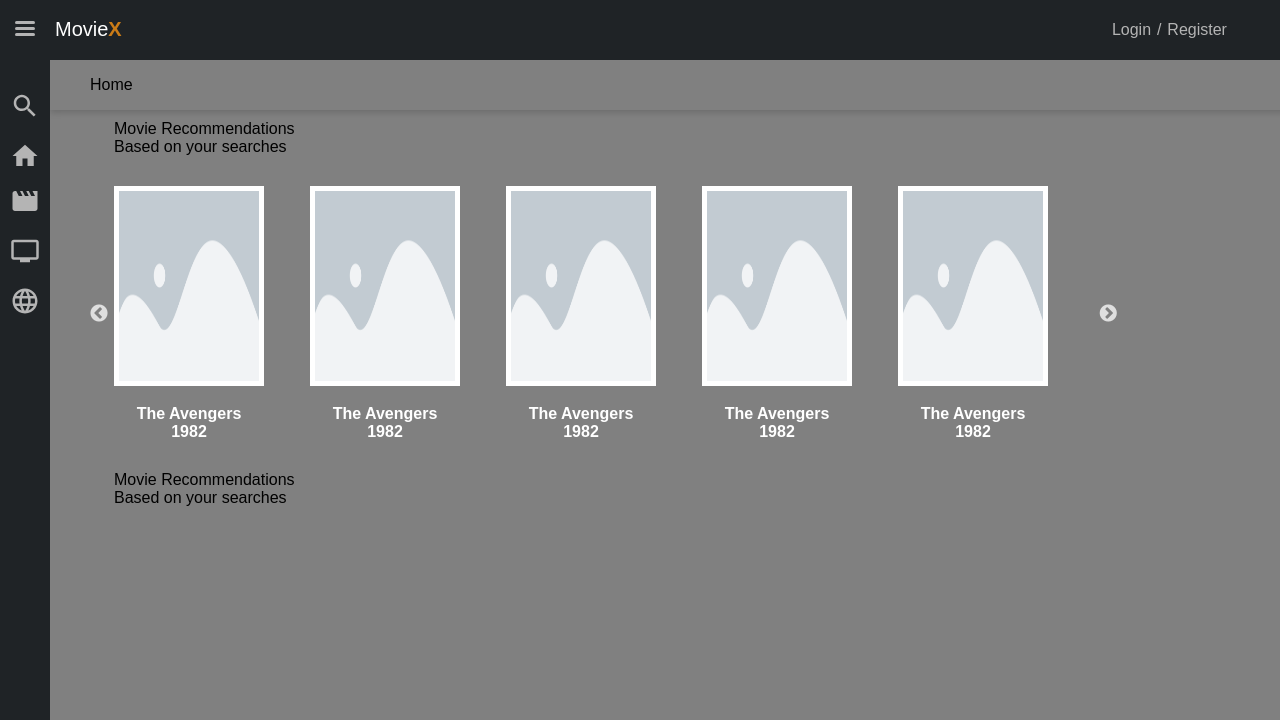
Repository: Amad-Mlinka/MovieTVBrowserNext
Page: /
The author's editor kept a copy of each file at every save. The page is drawn from the files as they stood at one save, then again after the next save.
The browser window is 1280 px wide. The pictures show the whole page.
The project was rebuilt for these pictures with package versions that can differ from the ones it lists, and the page was loaded fresh each time. The framework's server and built-in components were replaced by stand-ins that run in the browser. Also part of the build but not shown: next.config.js.

Above is the page before, as saved 2021-08-07 20:11:00.

### pages/_app.js
import Layout from '../components/layout/Layout'
import '../styles/globals.scss'


function MyApp({ Component, pageProps }) {
  return (
    <Layout>
      <Component {...pageProps} />
    </Layout>


  )
}

export default MyApp

### components/layout/Layout.tsx
import React, { useState } from 'react'
import Nav from '../nav/Nav'
import layoutStyles from "../../styles/Layout.module.scss"

const Layout = ({children}) => {
    const [sidebarOpen, setsidebarOpen] = useState(false)
    const [sidebarLock, setSidebarLock] = useState(false);
    const sidebarToggle = () => {
        setsidebarOpen(!sidebarOpen);
    }
    const sidebarLockToggle = () => {
        setSidebarLock(!sidebarLock);
    }
    return (
        <>
        <Nav sidebarOpen={sidebarOpen} setSidebarOpen={sidebarToggle} sidebarLock={sidebarLock} setSidebarLock={sidebarLockToggle}/>
        <main className={`${layoutStyles.main} ${sidebarOpen ? layoutStyles.hamburgerOpen : layoutStyles.hamburgerClose}`}>
            {children}
        </main>
        </>

    )
}

export default Layout

### styles/globals.scss
html, body {
  height: 100%;
}
body {
  background: #fff;
  padding: 0;
  margin: 0;
  font-family: 'Varela Round', sans-serif;
}

a {
  color: inherit;
  text-decoration: none;
}

* {
  box-sizing: border-box;
}

### styles/Home.module.scss
@import "general.scss";

.header {
  position: relative;
  display: flex;
  flex-direction: row;
  justify-content: flex-start;
}
.heading {
  position: fixed;
  width: 100%;
  align-items: center;
  box-shadow: 0 3px 6px 0 rgb(0 0 0 / 15%);
  color: black;
  display: flex;
  flex-shrink: 0;
  font-size: 16px;
  height: 50px;
  justify-content: space-between;
  padding-left: 40px;
  padding-right: 25px;
  z-index: 1;
}
.buffer {
  height: 50px;
  width: 100%;
  margin-bottom: 10px;
}
.content {
  width: 90%;
  margin: auto;

}
.mediaList {
  margin: 30px 0px;
  width: 85%;
}
.media{
  margin:auto;
  background: #8C8;
  counter-increment: gallery-cell;
  &:before {
    display: block;
    text-align: center;
    content: counter(gallery-cell);
    line-height: 200px;
    font-size: 80px;
    color: white;
  }
}

### components/mediaList/MediaList.tsx
import Head from 'next/head'

import homeStyles from '../../styles/Home.module.scss'
import Media from "./Media"

import "slick-carousel/slick/slick.css";
import "slick-carousel/slick/slick-theme.css";

import Slider from "react-slick";



const MediaList = () => {
    var settings = {
        dots: false,
        infinite: true,
        speed: 500,
        slidesToShow: 5,
        slidesToScroll: 1,
        responsive: [
            {
              breakpoint: 1024,
              settings: {
                slidesToShow: 3,
                slidesToScroll: 3,
                infinite: true,
                dots: true
              }
            },
            {
              breakpoint: 600,
              settings: {
                slidesToShow: 2,
                slidesToScroll: 2
              }
            },
            {
              breakpoint: 480,
              settings: {
                slidesToShow: 1,
                slidesToScroll: 1
              }
            }
            // You can unslick at a given breakpoint now by adding:
            // settings: "unslick"
            // instead of a settings object
          ]
      };
    return (
        <div className={homeStyles.mediaList}>
            <Slider {...settings}>
              <Media className={homeStyles.mediaItem} rating={3} title={"The Avengers"} year={"1982"} />
              <Media className={homeStyles.mediaItem} rating={3} title={"The Avengers"} year={"1982"} />
              <Media className={homeStyles.mediaItem} rating={3} title={"The Avengers"} year={"1982"} />
              <Media className={homeStyles.mediaItem} rating={3} title={"The Avengers"} year={"1982"} />
              <Media className={homeStyles.mediaItem} rating={3} title={"The Avengers"} year={"1982"} />
              <Media className={homeStyles.mediaItem} rating={3} title={"The Avengers"} year={"1982"} />
              <Media className={homeStyles.mediaItem} rating={3} title={"The Avengers"} year={"1982"} />
              <Media className={homeStyles.mediaItem} rating={3} title={"The Avengers"} year={"1982"} />
              <Media className={homeStyles.mediaItem} rating={3} title={"The Avengers"} year={"1982"} />
              <Media className={homeStyles.mediaItem} rating={3} title={"The Avengers"} year={"1982"} />
              <Media className={homeStyles.mediaItem} rating={3} title={"The Avengers"} year={"1982"} />
              <Media className={homeStyles.mediaItem} rating={3} title={"The Avengers"} year={"1982"} />
              <Media className={homeStyles.mediaItem} rating={3} title={"The Avengers"} year={"1982"} />
              <Media className={homeStyles.mediaItem} rating={3} title={"The Avengers"} year={"1982"} />
            </Slider>

          </div>
    )
}

export default MediaList

### components/nav/Nav.tsx
import React from 'react'
import Sidebar from '../sidebar/Sidebar'
import Navbar from '../navbar/Navbar';


const Nav = (props) => {

    return (
        <>
            <Navbar  sidebarOpen={props.sidebarOpen} setSidebarOpen={props.setSidebarOpen} sidebarLock={props.sidebarLock} setSidebarLock={props.setSidebarLock}/>
            <Sidebar sidebarOpen={props.sidebarOpen} setSidebarOpen={props.setSidebarOpen} sidebarLock={props.sidebarLock}/>
        </>
    )
}

export default Nav

### styles/Layout.module.scss
@import "general.scss";

.main{
    position: fixed;;
    top: 60px;
    transition: all .5s ease;
    width: 100%;
    height: 100%;
    background: gray;
    overflow: auto;

}

.hamburgerClose{
    left: 50px;
    transition: all .5s ease;
}

.hamburgerOpen{
    left: 250px;
}

### styles/general.scss
@import "variables.scss";
.dNone{
    display: none !important;
}
.dBlock{
    display: block !important;
}

### styles/variables.scss
$base-color:#1f2326;
$secondary-color:#cb7c17;
$tertiary-color:#b4b4b4;

@mixin breakpoint($point) {
    @if $point == min-desktop {
      @media (min-width: 993px) { @content ; }
   }
    @else if $point == min-laptop {
      @media (min-width: 769px) { @content ; }
   }
     @else if $point == min-tablet {
      @media (min-width: 361px) { @content ; }
   }
   @else if $point == min-mobile {
      @media (min-width: 0px)  { @content ; }

   }@else if $point == max-desktop {
      @media (max-width: 1200px) { @content ; }

   }@else if $point == max-laptop {
      @media (max-width: 992px) { @content ; }
   }
     @else if $point == max-tablet {
      @media (max-width: 768px) { @content ; }
   }
   @else if $point == max-mobile {
      @media (max-width: 360px)  { @content ; }

   }
 }

### components/mediaList/Media.tsx
import React from 'react'

import mediaStyles from "../../styles/Media.module.scss"
import placeholder from "../../public/placeholder.png"
import { Button, Rating } from '@material-ui/core'
import Image from 'next/image'

const Media = (props) => {
    return (
        <>
            <div className={mediaStyles.media}>
              <div className={mediaStyles.mediaContainer}>
                <div className={mediaStyles.mediaImageContainer}>
                  <Image className={mediaStyles.mediaImage} src={props.image || placeholder} height="200" width="150" />
                </div>
                <div className={mediaStyles.mediaOverlay}>
                  <div className={mediaStyles.mediaRating}>
                    <Rating value={props.rating}></Rating>
                    <span className={`${mediaStyles.mediaRatingText} ${mediaStyles.mediaOverlayItem}`}> {props.rating}/5</span>
                  </div>
                  <div className={`${mediaStyles.mediaGenre} ${mediaStyles.mediaOverlayItem}`}>
                    <span className={`${mediaStyles.mediaGenreText}`}> Drama</span>
                  </div>
                  <div className={`${mediaStyles.mediaDetails} ${mediaStyles.mediaOverlayItem}`}>
                    <Button variant="contained" color="success">
                      Details
                    </Button>
                  </div>
                </div>
              </div>
              <div className={mediaStyles.mediaInfo}>
                <div className={mediaStyles.mediaTitle}>
                  <span className={mediaStyles.mediaTitleText}> {props.title}</span>
                </div>
                <div className={mediaStyles.mediaYear}>
                  <span className={mediaStyles.mediaYearText}> {props.year}</span>
                </div>
              </div>
            </div>
        </>
    )
}

export default Media

### components/sidebar/Sidebar.tsx
/*Imports */
import React, { useState } from 'react'

/*Material components*/
import SidebarLink from "./SidebarLink"


/*Icons*/
import HomeIcon from '@material-ui/icons/Home';
import SearchIcon from '@material-ui/icons/Search';
import MovieIcon from '@material-ui/icons/Movie';
import TvIcon from '@material-ui/icons/Tv';
import LanguageIcon from '@material-ui/icons/Language';
import KeyboardArrowDownIcon from '@material-ui/icons/KeyboardArrowDown';

/*Import Plugins*/
import $ from "jquery"


/*Styles*/
import sidebarStyles from "../../styles/Sidebar.module.scss"


const Sidebar = (props) => {
    const tvDropdown = {
        History: "link",
        Recomendations: "link",
        Bla: "bla"
    }
    const movieDropdown = {
        History: "link",
        Recomendations: "link",
        Bla: "bla"

    }
    const languageDropdown = {
        English: "hi",
        Bosnian: "zdravo"
    }
    return (
        <div className={`${sidebarStyles.sidebar} ${props.sidebarOpen ? sidebarStyles.sidebarActive : ""}`}
        onMouseEnter={()=>{
            if(!props.sidebarOpen && props.sidebarLock){
                props.setSidebarOpen(!props.sidebarOpen);
            }
        }}
        onMouseLeave={() => {
            if(props.sidebarOpen && props.sidebarLock){
                props.setSidebarOpen(!props.sidebarOpen);
            }
        }}
        >

            <div className={sidebarStyles.sidebarMenu}>
                <ul className={`${sidebarStyles.sidebarList}`}>
                    <SidebarLink type="search" sidebarOpen={props.sidebarOpen} />

                    <SidebarLink type="singleLink" text="Home" icon={<HomeIcon/>} sidebarOpen={props.sidebarOpen}  />

                    <SidebarLink type="dropdown" text="Movies" icon={<MovieIcon/>} sidebarOpen={props.sidebarOpen} dropdownLinks ={movieDropdown}/>

                    <SidebarLink type="dropdown" text="TV Shows" icon={<TvIcon/>} sidebarOpen={props.sidebarOpen} dropdownLinks ={tvDropdown}/>

                    <SidebarLink type="dropdown" text="Languages" icon={<LanguageIcon/>} sidebarOpen={props.sidebarOpen} dropdownLinks ={languageDropdown}/>

                </ul>
            </div>

        </div>
    )
}

export default Sidebar

### components/navbar/Navbar.tsx
/*Imports */
import React from 'react'

/*Material components*/
import Avatar from '@material-ui/core/Avatar';

/*Icons*/

/*Import Plugins*/


/*Styles*/
import navStyles from "../../styles/Navbar.module.scss"

const Navbar = (props) => {
    return (
        <header className={navStyles.header}>
        <div className={navStyles.left}>
            <div className={navStyles.hamburgerLogo}>
                <div className={navStyles.hamburger} onClick={()=>{
                        props.setSidebarOpen(!props.sidebarOpen);
                        props.setSidebarLock(!props.sidebarLock);

                    }}>
                    <div className={`${navStyles.spinner} ${navStyles.diagonal} ${props.sidebarOpen ? navStyles.part1Active : ""}`}></div>
                    <div className={`${navStyles.spinner} ${navStyles.horizontal} ${props.sidebarOpen ? navStyles.horizontalActive : ""}`}></div>
                    <div className={`${navStyles.spinner} ${navStyles.diagonal} ${props.sidebarOpen ? navStyles.part2Active : ""}`}></div>
                </div>
                <div data-end="X" className={navStyles.logo}>
                    <span>Movie</span>
                </div>
            </div>


        </div>
        <div className={navStyles.right}>
            <div className={navStyles.profile}>
                <div className={`${navStyles.loggedIn} ${navStyles.dNone} `}>

                    <Avatar className={navStyles.avatar} alt="Amad Mlinaric"> AM </Avatar>
                </div>
                <div className={`${navStyles.notLoggedIn} `}>
                    <div className={navStyles.loginRegister}>
                        <div className={navStyles.login}>
                            <span>Login</span>
                        </div>
                        <span>/</span>
                        <div className={navStyles.register}>
                            <span>Register</span>
                        </div>
                    </div>
                </div>
            </div>
        </div>

    </header>
    )
}

export default Navbar

### styles/Media.module.scss
@import "general.scss";

.media {
    width: fit-content;
    height: fit-content;

  }

  .mediaContainer {
    position: relative;
    overflow: hidden;
    &:hover {
        cursor: pointer;
      .mediaOverlay {
        animation: fadeInUp .5s ease-in-out;
        animation-fill-mode: forwards;
      }
    }
  }
  .mediaImage{
    border: 5px solid white !important;

  }

  .mediaOverlay {
    position: absolute;
    opacity: 0;
    top: 0px;
    width: 100%;
    height: 100%;
    display: flex;
    flex-direction: column;
    justify-content: center;
    align-items: center;
  }
  .mediaOverlayItem {
    margin: 10px 0px;
  }
  .mediaRating {
    display: flex;
    flex-direction: column;
    justify-content: center;
    align-items: center;
  }
  .mediaImageContainer{
    max-height: 210px;
    margin-bottom: 15px;
  }

  .mediaInfo{
    color: white;
    display: flex;
    flex-direction: column;
    align-items: center;
    font-weight: 700;
  }

  @keyframes fadeInUp {
    from {
        transform: translate3d(0, 40px, 0);
        opacity: 0;
    }

    to {
        transform: translate3d(0, 0, 0);
        opacity: 1;
    }
  }

### components/sidebar/SidebarLink.tsx
/*Imports */
import React, { useEffect, useState } from 'react'

/*Material components*/


/*Icons*/
import HomeIcon from '@material-ui/icons/Home';
import SearchIcon from '@material-ui/icons/Search';
import MovieIcon from '@material-ui/icons/Movie';
import TvIcon from '@material-ui/icons/Tv';
import LanguageIcon from '@material-ui/icons/Language';
import KeyboardArrowDownIcon from '@material-ui/icons/KeyboardArrowDown';

/*Import Plugins*/
import $ from "jquery"


/*Styles*/
import sidebarStyles from "../../styles/Sidebar.module.scss"



const SidebarLink = (props) => {
    const types = ["search", "singleLink", "dropdown"]
    const [open, setOpen] = useState(false);
    useEffect(() => {
        setOpen(false);
    }, [props.sidebarOpen])
    return (
        <>
            {
                props.type === types[0] ?
                    <li className={`${sidebarStyles.sidebarLink} ${sidebarStyles.sidebarSearch} ${props.sidebarOpen ? sidebarStyles.sidebarSearchActive : ""}`}>
                        <div className={` ${sidebarStyles.searchContainer}`} >
                            <SearchIcon className={sidebarStyles.searchIcon} />
                            <input type="search" name="searchBar" className={`${sidebarStyles.searchBar} ${!props.sidebarOpen ? sidebarStyles.searchBarClosed : ""}`} ></input>
                        </div>
                    </li>
                    :
                    props.type === types[1] ?
                        <li className={sidebarStyles.sidebarLink}>
                            <div className={sidebarStyles.sidebarLinkMain}>
                                {props.icon}
                                <span className={`${sidebarStyles.sidebarText}  ${props.sidebarOpen ? sidebarStyles.sidebarTextActive : ""}`}>{props.text}</span>
                            </div>
                        </li>
                        :
                        <li className={sidebarStyles.sidebarLink} onClick={() => {
                            setOpen(!open)
                        }
                        }>
                            <div className={sidebarStyles.sidebarLinkMain}>
                                {props.icon}
                                <span className={`${sidebarStyles.sidebarText}  ${props.sidebarOpen ? sidebarStyles.sidebarTextActive : ""}`}>{props.text}</span>
                                <KeyboardArrowDownIcon />
                            </div>
                            <div className={`${sidebarStyles.sidebarDropdown} ${open ? sidebarStyles.open : ""}`}>
                                <ul className={`${sidebarStyles.sidebarDropdownLinks}  `}>
                                    {
                                        Object.entries(props.dropdownLinks).map(([name, link]) => (
                                            <li className={sidebarStyles.sidebarDropdownLink} key={name}>{name}</li>
                                        ))

                                    }
                                </ul>
                            </div>
                        </li>
            }
        </>


    )
}

export default SidebarLink

### styles/Sidebar.module.scss
@import "general.scss";
.sidebar {
    position: fixed;
    top: 60px;
    width: 50px;
    height: 100%;
    transition: width 0.5s;
    background: $base-color;
    display: flex;
    flex-direction: column;
    overflow: hidden;
    z-index: 2;
    //visibility: hidden;
}
.sidebarActive {
    width: 100%;
}

.sidebarList {
    list-style-type: none;
    padding: 0;
    width: 100%;

    .sidebarLink {
        height: fit-content;
        min-height: 50px;
        display: flex;
        flex-direction: column;
        position: relative;
        justify-content: center;
        padding-top: 10px;
        width: 200px;
        &:hover {
            cursor: pointer;
            background: rgba($color: $tertiary-color, $alpha: 0.1);
        }
    }
    .sidebarLinkMain {
        display: flex;
        align-items: center;

    }
    .sidebarText {
        margin-left: 20px;
        color: $tertiary-color;
        width: 100px;
        max-height: 19px;
        min-width: 79px;
        font-weight: bold;
    }
    svg {
        color: $tertiary-color;
        font-size: 30px;
        margin-left: 10px;
    }
    .dropdownIcon {
        font-size: 40px !important;
        &:hover {
            border-radius: 50%;
            border: 0px solid $tertiary-color;
            background: rgba($color: $tertiary-color, $alpha: 0.1);
        }
    }
    .sidebarDropdown {
        position: relative;
        margin-left: 10px;
        max-height: 0;
        transition: max-height 0.35s ease-out;
        overflow: hidden;
        margin-top: 10px;
        .sidebarDropdownLinks {
            list-style: none;
            .sidebarDropdownLink {
                color: $tertiary-color;
                height: 30px;
                font-size: 15px;
            }
        }
    }
    .open {
        max-height: 500px;
        transition: max-height 0.35s ease-in;
    }
}
.sidebarSearch {
    margin-left: 0;
    transition: all 0.5s;
}
.sidebarSearchActive {
    margin-left: 10px;
    width: 100% !important;
    display: flex;
    justify-content: center;
    align-items: center;
    &:hover {
        cursor: pointer;
        background: rgba($color:transparent, $alpha: 0.1) !important;
    }
}
.search {
    background: $base-color;
    width: 100%;
    display: flex;
    flex-direction: column;
    justify-content: center;
    align-items: center;
    visibility: hidden;
}
.searchActive {
    visibility: visible !important;
}
.searchContainer {
    width: 80%;
    display: flex;
    align-items: center;
}
.searchIcon {
    position: absolute;
    color: #b4b4b4;
    opacity: 100 !important;
}

.searchBar {
    width: 100%;
    background: #303437;
    border: 0;
    height: 40px;
    border-radius: 5px;
    padding-left: 45px;
    caret-color: black;
    transition: all 0.3s ease-in-out;
    visibility: visible;
    opacity: 100;
    &:focus {
        background: white;
        outline: none;
    }

}
.searchBarClosed{
    visibility: hidden;
    opacity: 0;
}

@include breakpoint(min-tablet) {
    .sidebarSearchActive {
        margin-left: 10px;
        width: 100% !important;
        display: flex;
        justify-content: flex-start;
        align-items: flex-start;
        &:hover{
            background: transparent;
        }
    }
    .sidebarActive {
        width: 250px;
    }
}

### styles/Navbar.module.scss
@import "general.scss";
//***************************Header***************************//

.header {
    display: flex;
    flex-direction: row;
    justify-content: space-between;
    width: 100%;
    background: $base-color;
    height: 60px;
    position: fixed;
    z-index: 1;
}
.left {
    display: flex;
    flex-direction: row;
    width: 50%;
    justify-content: flex-start;
    align-items: center;
    height: 100%;
}
.hamburgerLogo {
    display: flex;
    flex-direction: row;
}
.hamburger {
    box-sizing: border-box;
    cursor: pointer;
    z-index: 99;
    height: 25px;
    width: 25px;
    margin: 0px 15px;
}
.spinner {
    box-sizing: border-box;
    position: absolute;
    height: 3px;
    width: 20px;
    background-color: #b4b4b4;
    border-radius: 5px;
    margin-top: 3px;
}
.horizontal {
    box-sizing: border-box;
    position: relative;
    transition: all ease-out 0.3s;
}
.horizontalActive{
    display: none;
}
.diagonal {
    box-sizing: border-box;
    position: relative;
    transition: all ease-out 0.3s;
}
.part1Active{
    transform: rotate(
        45deg
        );
        top: 4px;

}
.part2Active{
    transform: rotate(
        315deg
        );
    bottom: 2px;
}
.logo {
    &::after {
        content: "X";
        color: $secondary-color;
        font-weight: bolder;
        font-size: 20px;
    }
    span{
        display: none;
    }
    font-size: 20px;
    color: white;

}

.right{
    height: 100%;
    display: flex;
    flex-direction: row-reverse;
    align-items: center;
    width: 50%;
}
.expandButton{
    font-size: 40px;
    color: $tertiary-color;

}
.profile{
    display: flex;
    flex-direction: row;
    justify-content:flex-start;
   .loggedIn{
       display: flex;
   }
    .notLoggedIn{
        .loginRegister{
            display: flex;
            flex-direction: row;
            justify-content: space-between;
            color: #b4b4b4;
            width: 115px;
            margin-right: 10px;
        }

    }
}

@include breakpoint(min-tablet){


    .header {
        display: flex;
        flex-direction: row;
        justify-content: space-between;
        width: 100%;
        background: $base-color;
        height: 60px;
    }
    .left {
        display: flex;
        flex-direction: row;
        width: 50%;
        justify-content: flex-start;
        align-items: center;
        height: 100%;
    }
    .logo {
        font-size: 20px;
        color: white;
        span{
            display: inline;
        }
        &::after {
            content: attr(data-end);
            color: $secondary-color;
            font-weight: bolder;
        }
    }
    .search {
        position: relative;
        margin-left: 10px;
        top: 0;
        left: 0;
    }

    .expandButton{
        display: none;
    }
    .right{
        height: 100%;
        display: flex;
        flex-direction: row-reverse;
        align-items: center;
        width: 50%;
    }
    .profile{
        display: flex;
        flex-direction: row;
        width: 33%;
        justify-content: center;
        .loggedIn{
            .avatar{
                margin-left: 45px;
            }
        }
        .notLoggedIn{
            .loginRegister{
                display: flex;
                flex-direction: row;
                justify-content: space-between;
                color: #b4b4b4;
                width: 115px;
            }

        }
    }


}

Loaded but not shown: pages/index.js (45 lines, source omitted)

After the next save:
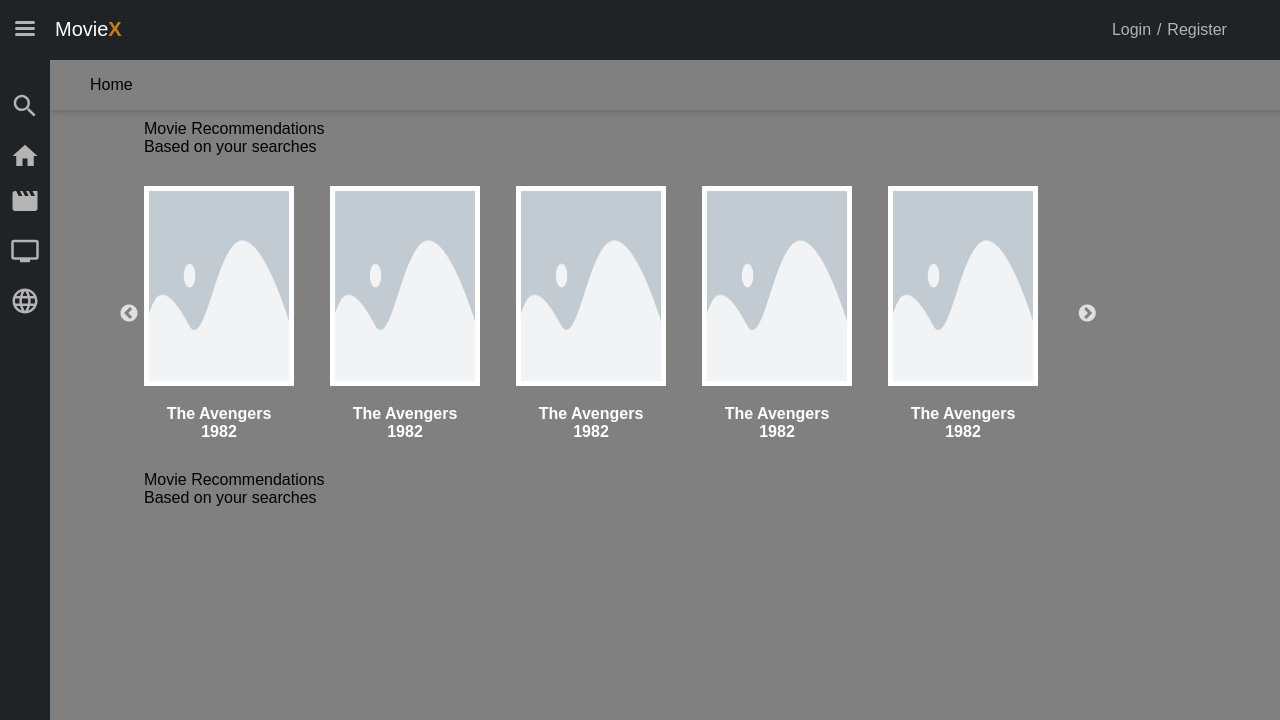
Saved 83 s later.
--- a/styles/Home.module.scss
+++ b/styles/Home.module.scss
@@ -29,6 +29,7 @@
 .content {
   width: 90%;
   margin: auto;
+  padding: 0px 30px;
 
 }
 .mediaList {
